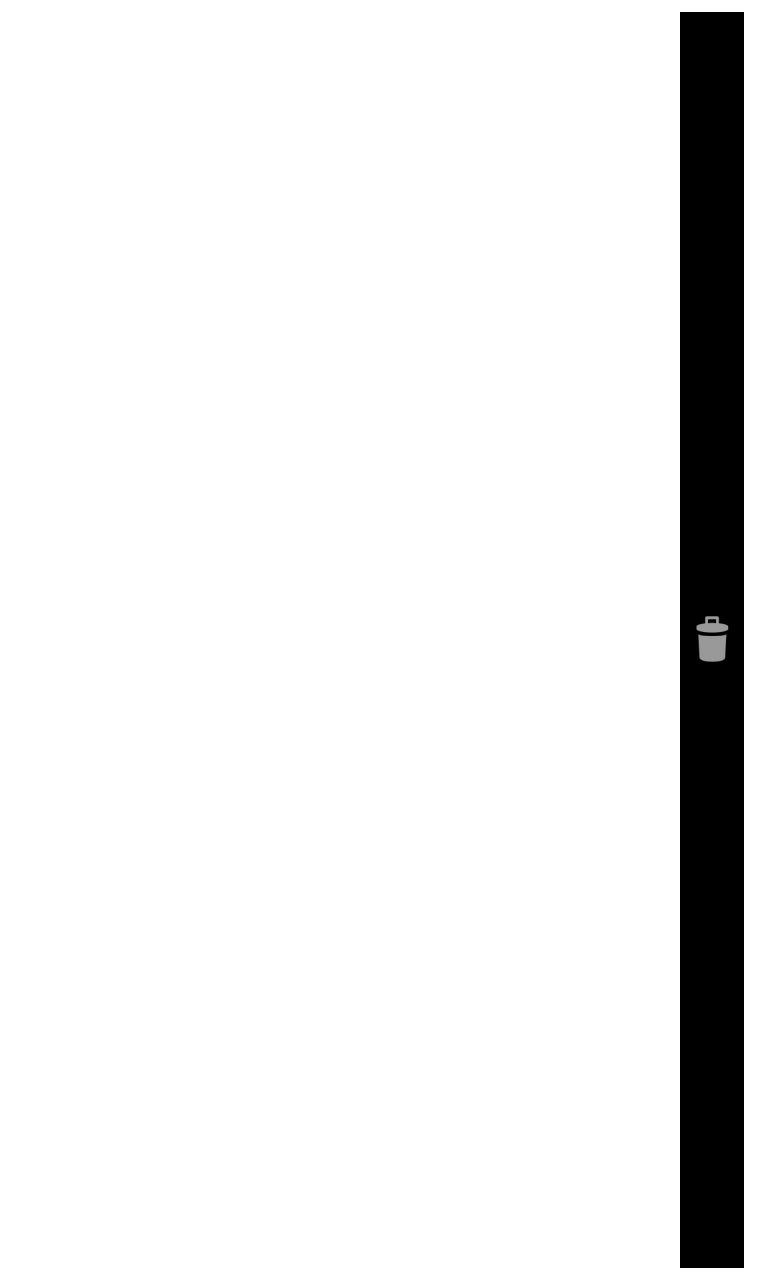
Repository: ohadsch/AwesomePlaylists
Layout: AwesomePlaylists/res/layout/activity_library.xml
The author's editor kept a copy of each file at every save. The layout is drawn from the files as they stood at one save, then again after the next save.
It is drawn on a 768 x 1280 px phone screen (xhdpi) without system bars, with theme AppTheme; the app's code is not run.

Above is the layout before, as saved 2014-04-30 13:50:10.

After the next save:
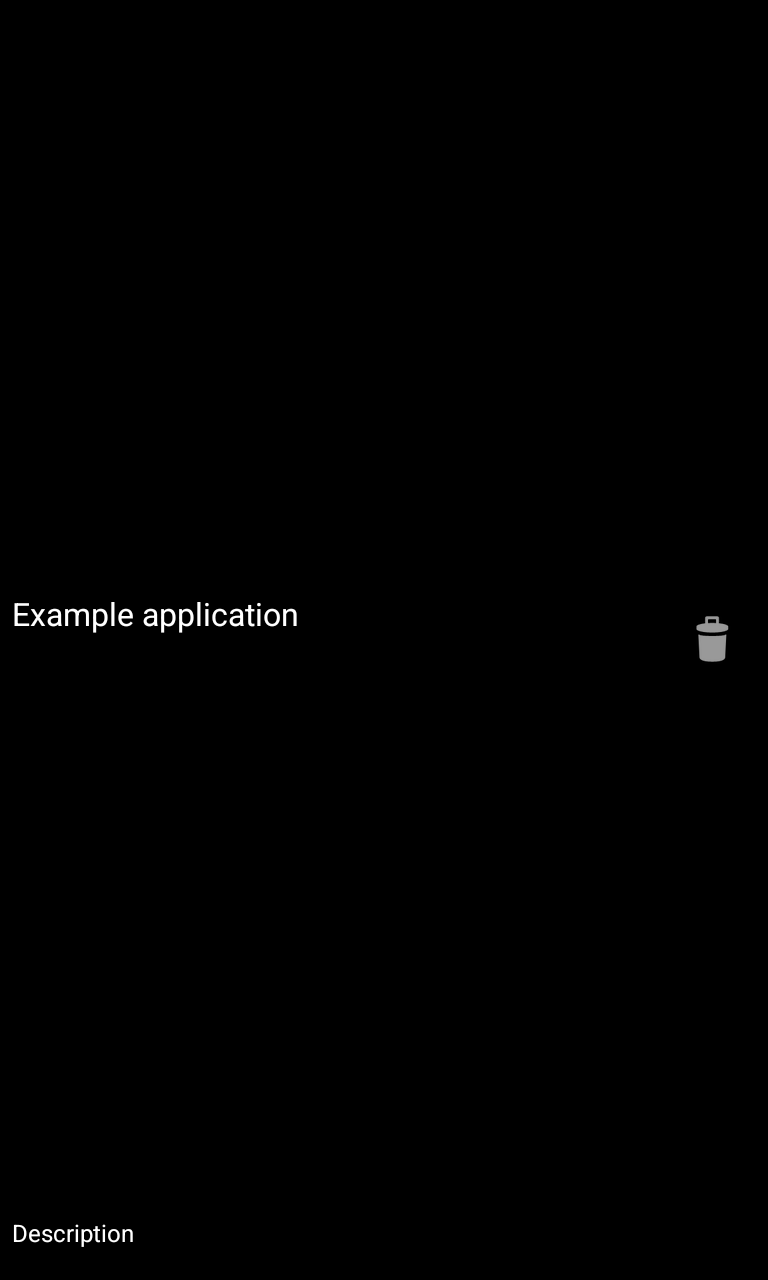
Saved 9 s later.
--- a/AwesomePlaylists/res/layout/activity_library.xml
+++ b/AwesomePlaylists/res/layout/activity_library.xml
@@ -2,7 +2,7 @@
     android:layout_width="fill_parent"
     android:layout_height="?android:attr/listPreferredItemHeight"
     android:padding="6dip"
-    android:background="@android/color:black">
+    android:background="@android:color/black">
 
     <TextView
         android:id="@+id/secondLine"
